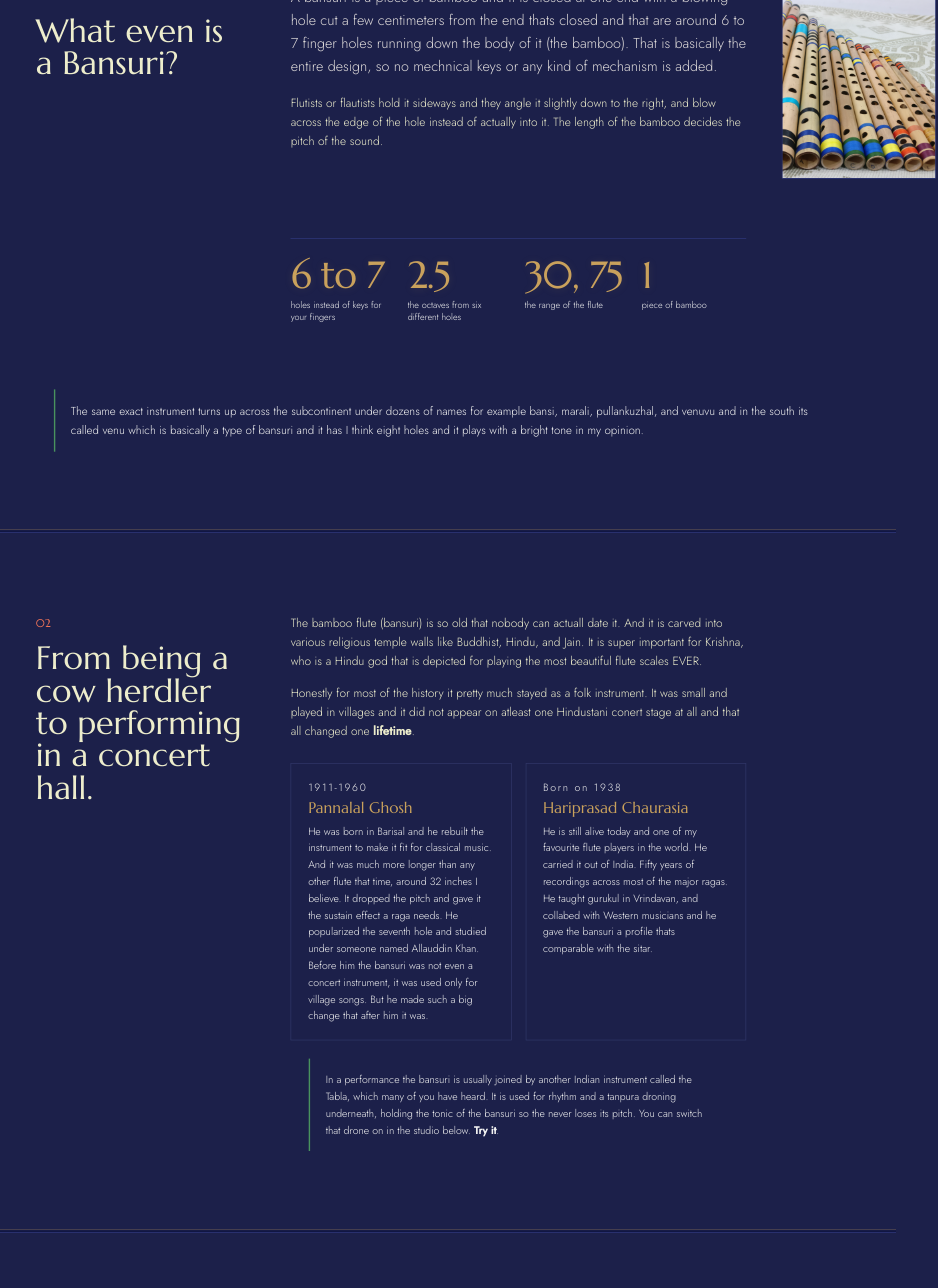
Repository: manayparikh1/Bansi
Page: index.html
These files come from the project's save history. The page is drawn as it stood at one moment and after the next save; the edit follows.
The browser window is 1280 px wide. The page is 1340 px wide, so the pictures cover 1340 px, including what lies to the right of the window. The pictures show the part of the page from y = 875 to 2715 px (the page is 5018 px tall before and 4927 px after), at 70% of full size.

Above is the page before, as saved 2026-10-09 21:28:31.

After the next save:
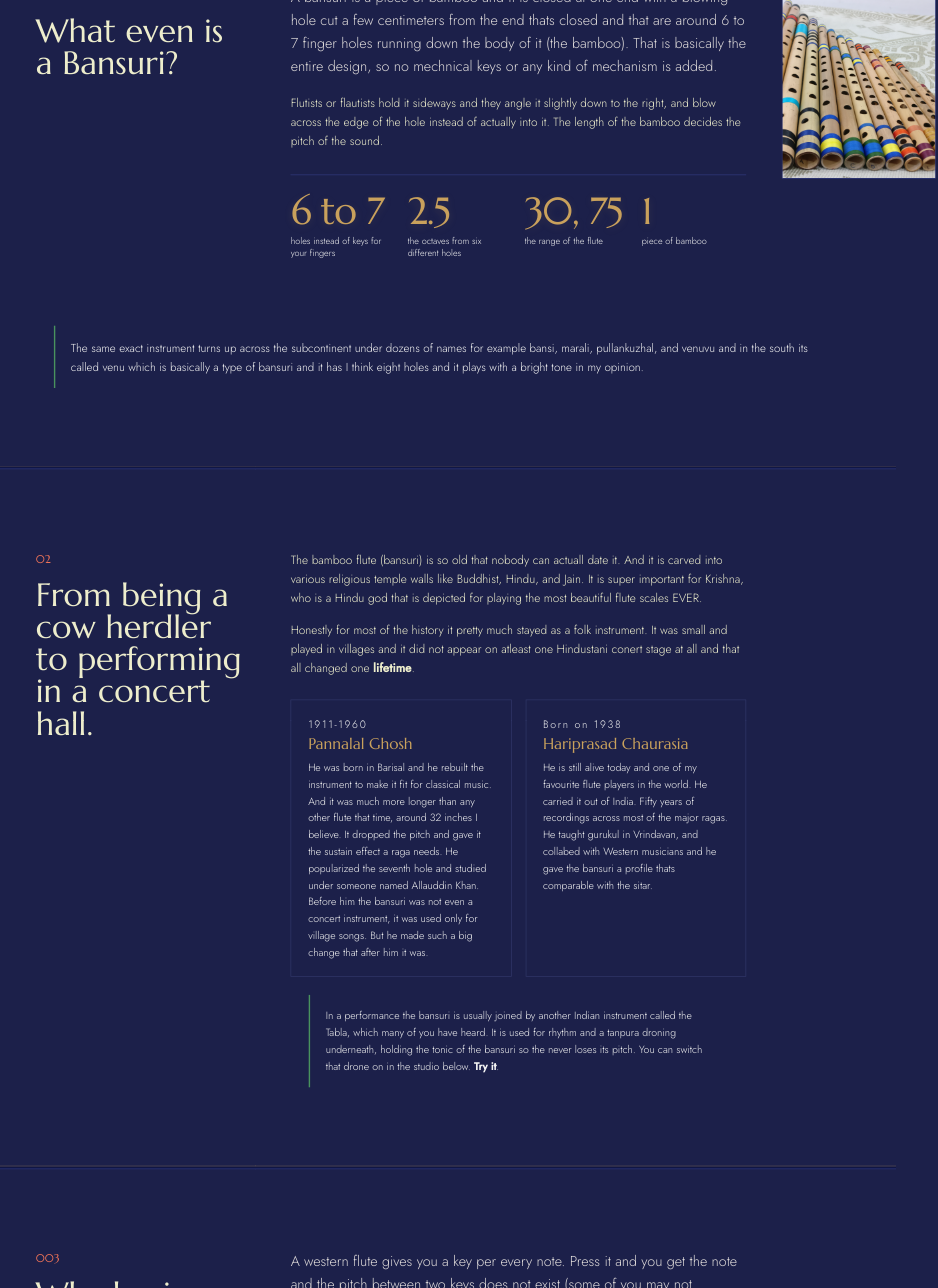
Saved 35 s later.
--- a/index.html
+++ b/index.html
@@ -3,7 +3,7 @@
 
 <head>
     <meta charset="utf-8">
-    <meta name="viewport" content="width=device-width, initial-scale=1.0">
+    <meta name="viewport" content="width=device-width, initial-scale=2.5">
     <title>Bansuri ——— the flute with NO keys</title>
     <link rel="preconnect" href="https://fonts.googleapis.com">
     <link rel="preconnect" href="https://fonts.gstatic.com" crossorigin>
@@ -78,20 +78,19 @@
                         the
                         sound.
                     </p>
-
+                    <div class="facts">
+                        <div class="fact">
+                            <b>6 to 7</b>
+                            <span>holes instead of keys for your fingers</span>
+                        </div>
+                        <div class="fact"><b>2.5</b><span>the octaves from six different holes</span></div>
+                        <div class="fact"><b>30, 75</b><span>the range of the flute</span></div>
+                        <div class="fact"><b>1</b><span>piece of bamboo</span></div>
+                    </div>
                 </div>
                 <figure class="side-img">
                     <img src="images/flute.png" alt="A bamboo flute with holes">
                 </figure>
-                <div class="facts">
-                    <div class="fact">
-                        <b>6 to 7</b>
-                        <span>holes instead of keys for your fingers</span>
-                    </div>
-                    <div class="fact"><b>2.5</b><span>the octaves from six different holes</span></div>
-                    <div class="fact"><b>30, 75</b><span>the range of the flute</span></div>
-                    <div class="fact"><b>1</b><span>piece of bamboo</span></div>
-                </div>
             </div>
 
             <p class="aside-note">
@@ -101,7 +100,6 @@
                 has I
                 think eight holes and it plays with a bright tone in my opinion.
             </p>
-        </div>
         </div>
     </section>
     <!-- == 2.story -->
@@ -252,16 +250,19 @@
                     <button type="button" class="chip" id="drone">Drone Off</button>
                 </div>
             </div>
-        </div>
-        <!-- Swara pads for the fingerings virtual padss-->
-        <div class="thepads" id="thepads"></div>
-        <p class="thefootnote">
-            It has real fingering and it is super simplified: the lower four swaras are created by uncovering the holes
-            one at a time at any speed you want, and the upper four repeat those shapes while the player blows harder
-            with more embochure to jump an octave (I will show you that later). The flats and sharps that seperate one
-            raga from another are actually found by covering half the hole, which a mouse, cursor or whatever you are
-            using to test will not be able to imitate. So you need a real one for that.
-        </p>
+            <!-- Swara pads for the fingerings virtual padss-->
+            <div class="thepads" id="thepads"></div>
+            <p class="thefootnote">
+                It has real fingering and it is super simplified: the lower four swaras are created by uncovering the
+                holes
+                one at a time at any speed you want, and the upper four repeat those shapes while the player blows
+                harder
+                with more embochure to jump an octave (I will show you that later). The flats and sharps that seperate
+                one
+                raga from another are actually found by covering half the hole, which a mouse, cursor or whatever you
+                are
+                using to test will not be able to imitate. So you need a real one for that.
+            </p>
         </div>
     </section>
     <!-- My flute gallery with audio -->
@@ -297,21 +298,18 @@
                 <h3>Bollywood Flute</h3>
                 <p>Another audio of me playing</p>
             </div>
-            <div class="wrap">
-                <!-- this is written in devanagri and it is written the same in hindi and nepali बाँसुरी : flute-->
-                <footer class="foot">
-                    <p class="foot-big">बाँसुरी</p>
-                    <p>A page about a hollow stick that can play as if it sings.</p>
-                    <p class="small">
-                        The sound is generated live with the Web Audio Api. If you want to see a page of me with audios
-                        of
-                        playing flute scroll down to the bottom.
-                    </p>
-            </div>
-            </footer>
-            <!-- above is gonna be the footer -->
-            <script src="script.js"></script>
+        </div>
+    </section>
+
+    <!-- this is written in devanagri and it is written the same in hindi and nepali बाँसुरी : flute-->
+    <footer class="foot">
+        <div class="wrap">
+            <p class="foot-big">बाँसुरी</p>
+            <p>A page about a hollow stick that can play as if it sings.</p>
+            <p class="small">The sound is generated live with the Web Audio API.</p>
+        </div>
+    </footer>
+    <script src="script.js"></script>
 </body>
 
-
 </html>
